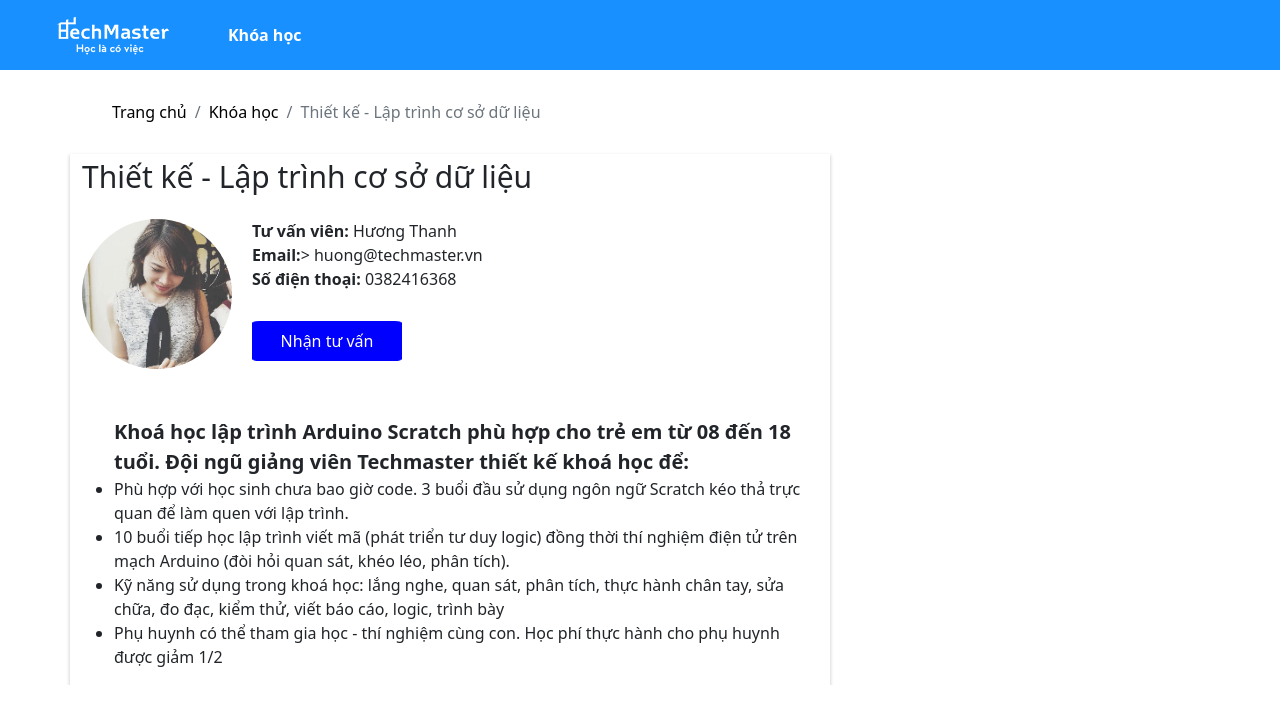
Repository: khanhnahk306/khanhnahk.github.io
Page: Clone_Techmaster/html/database.html
An editor plug-in stored every save of this project. The page is shown before and after a run of saves, followed by the edit.
The browser window is 1280 px wide. The pictures show the whole page.

Above is the page before, as saved 2022-06-10 13:31:54.

### Clone_Techmaster/html/database.html
<!DOCTYPE html>
<html lang="en">

<head>
    <meta charset="UTF-8">
    <meta http-equiv="X-UA-Compatible" content="IE=edge">
    <meta name="viewport" content="width=device-width, initial-scale=1.0">
    <title>TechMaster</title>
    <link href="https://cdn.jsdelivr.net/npm/bootstrap@5.0.2/dist/css/bootstrap.min.css" rel="stylesheet"
        integrity="sha384-EVSTQN3/azprG1Anm3QDgpJLIm9Nao0Yz1ztcQTwFspd3yD65VohhpuuCOmLASjC" crossorigin="anonymous">
    <link rel="stylesheet" href="../css/style.css">
    <nav class="navbar navbar-expand-md navbar-dark" style="background-color: #1890ff; height: 70px;">
        <div class="image">
            <a href="../html/index.html">
                <img src="../picture/Capture.PNG" style="margin-left: 50px; width: 120px; ">
            </a>
        </div>
        <button class="navbar-toggler" type="button" data-toggle="collapse" data-target="#collapsibleNavbar">
            <span class="navbar-toggler-icon"></span>
        </button>
        <div class="collapse navbar-collapse" id="collapsibleNavbar">
            <ul class="navbar-nav">
                <li class="nav-item">
                    <a class="nav-link" href="#" style="margin-left: 50px; font-weight: bolder; color: white;">Khóa
                        học</a>
                </li>
            </ul>
        </div>
    </nav>
    <style>
        button {
            width: 150px;
            height: 40px;
            margin-top: 30px;
            background-color: blue;
            color: #fff;
            border-radius: 5%;
            border: 1px solid blue;
        }

        img {
            border-radius: 50%;
            -moz-border-radius: 50%;
            -webkit-border-radius: 50%;
        }
    </style>
</head>

<body>
    <div class="container">
        <div class="row">
            <div class="col-12">
                <ul class="breadcrumb" style="margin: 30px;">
                    <li class="breadcrumb-item"><a href="../html/index.html">Trang chủ</a></li>
                    <li class="breadcrumb-item"><a href="#">Khóa học</a></li>
                    <li class="breadcrumb-item active" aria-current="page">Thiết kế - Lập trình cơ sở dữ liệu
                    </li>
                </ul>
            </div>
        </div>
        <div class="row">
            <div class="col-sm-12 col-md-8" style="box-shadow: 0 2px 3px 1px rgb(0 0 0 / 15%);">
                <div class="title" style="margin-bottom: 20px; font-size: 30px;">Thiết kế - Lập trình cơ sở dữ liệu</div>
                <div class="support" style="display: flex;">
                    <div class="support-left">
                        <img src="../picture/avatar.png">
                    </div>
                    <div class="support-right" style="margin-left: 20px;">
                        <span><b>Tư vấn viên:</b> Hương Thanh</span><br>
                        <span><b>Email:</b>> huong@techmaster.vn</span><br>
                        <span><b>Số điện thoại:</b> 0382416368</span><br>
                        <button type="button">Nhận tư vấn</button>
                    </div>
                </div>
                <div class="content">
                    <br><br>
                    <ul>
                        <b style="font-size: 20px;">Khoá học lập trình Arduino Scratch phù hợp cho trẻ em từ 08 đến 18
                            tuổi. Đội ngũ giảng viên Techmaster thiết kế khoá học để:</b>
                        <li>Phù hợp với học sinh chưa bao giờ code. 3 buổi đầu sử dụng ngôn ngữ Scratch kéo thả trực
                            quan để làm quen với lập trình.</li>
                        <li>10 buổi tiếp học lập trình viết mã (phát triển tư duy logic) đồng thời thí nghiệm điện tử
                            trên mạch Arduino (đòi hỏi quan sát, khéo léo, phân tích).
                        </li>
                        <li>Kỹ năng sử dụng trong khoá học: lắng nghe, quan sát, phân tích, thực hành chân tay, sửa
                            chữa, đo đạc, kiểm thử, viết báo cáo, logic, trình bày</li>
                        <li>Phụ huynh có thể tham gia học - thí nghiệm cùng con. Học phí thực hành cho phụ huynh được
                            giảm 1/2</li>
                    </ul>
                </div>
            </div>
        </div>
    </div>
</body>

</html>

### Clone_Techmaster/css/style.css
html,
body {
    width: auto !important;
    overflow-x: hidden !important;
}

* {
    box-sizing: border-box;
}

a {
    text-decoration: none;
    color: black;
}

h1 {
    text-align: center;
    color: black;
}

h2 {
    margin-left: 10px;
    font-size: 20px;
}

p {
    margin-top: 50px;
}

.md-radio {
    font-size: 25px;
}

.search {
    margin-right: 523px;
    margin-left: 7px;
    margin-top: 15px;
    width: 270px;
    border-radius: 2%;
    border: 1px solid white;
}

.container {
    margin: auto;
    display: flex;
    flex-wrap: wrap;
}

.row {
    width: 1200px;
}

.picture {
    width: 270px;
    height: 270px;
    border-radius: 2% 2% 0 0;
    object-fit: cover;
}

.box {
    width: 270px;
    margin: 15px;
    background-color: white;
    border-radius: 2%;
    box-shadow: 0 2px 3px 1px rgb(0 0 0 / 15%);
}

.description {
    max-width: 100px;
    margin-left: 10px;
    margin-right: 10px;
}

.box:hover {
    transform: scale(1);
    transition: 1s;
    opacity: 1.0;
    filter: drop-shadow(5px 10px 5px gray);
}

After the next 2 saves:
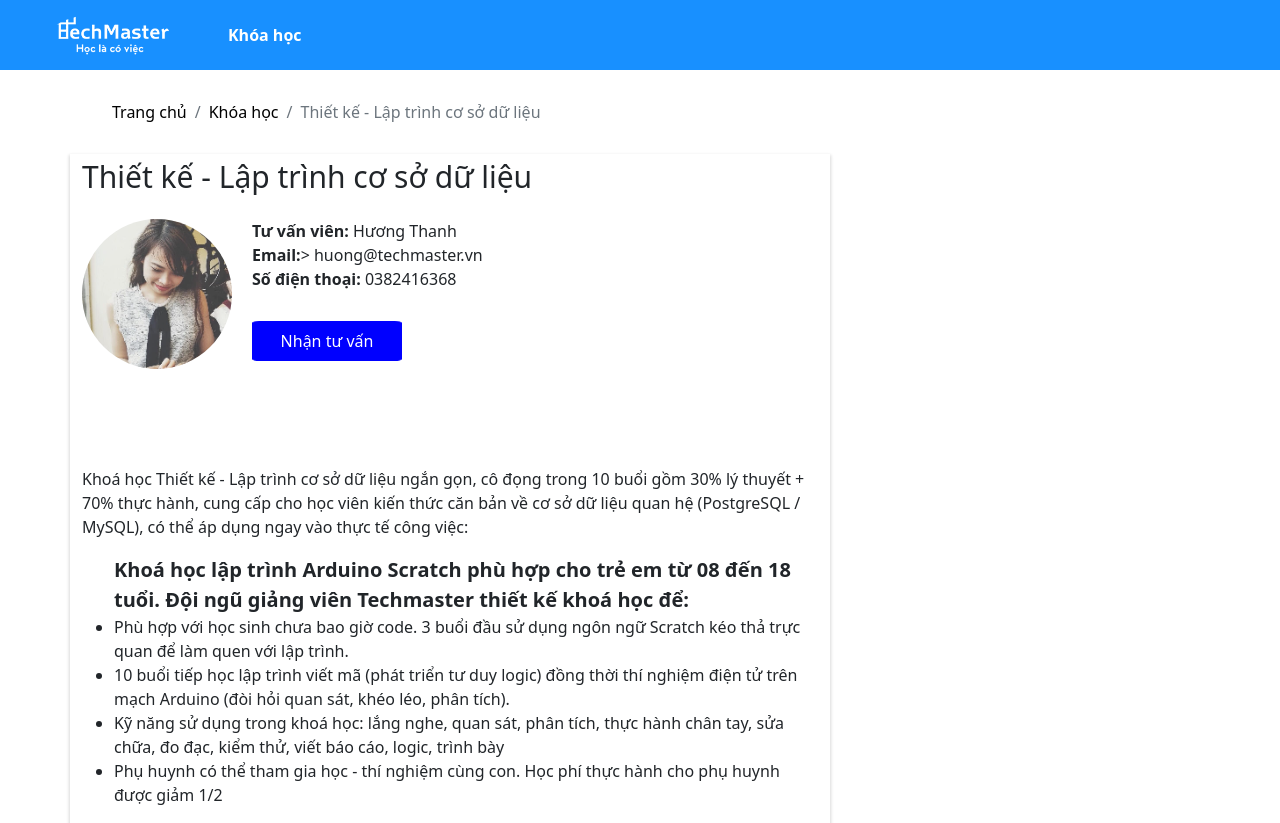
The 2 saves are shown as one change because they came seconds apart.
The last was saved 34 s later.
--- a/Clone_Techmaster/html/database.html
+++ b/Clone_Techmaster/html/database.html
@@ -60,7 +60,8 @@
         </div>
         <div class="row">
             <div class="col-sm-12 col-md-8" style="box-shadow: 0 2px 3px 1px rgb(0 0 0 / 15%);">
-                <div class="title" style="margin-bottom: 20px; font-size: 30px;">Thiết kế - Lập trình cơ sở dữ liệu</div>
+                <div class="title" style="margin-bottom: 20px; font-size: 30px;">Thiết kế - Lập trình cơ sở dữ liệu
+                </div>
                 <div class="support" style="display: flex;">
                     <div class="support-left">
                         <img src="../picture/avatar.png">
@@ -74,6 +75,11 @@
                 </div>
                 <div class="content">
                     <br><br>
+                    <p>
+                        Khoá học Thiết kế - Lập trình cơ sở dữ liệu ngắn gọn, cô đọng trong 10 buổi gồm 30% lý thuyết +
+                        70% thực hành, cung cấp cho học viên kiến thức căn bản về cơ sở dữ liệu quan hệ (PostgreSQL /
+                        MySQL), có thể áp dụng ngay vào thực tế công việc:
+                    </p>
                     <ul>
                         <b style="font-size: 20px;">Khoá học lập trình Arduino Scratch phù hợp cho trẻ em từ 08 đến 18
                             tuổi. Đội ngũ giảng viên Techmaster thiết kế khoá học để:</b>
